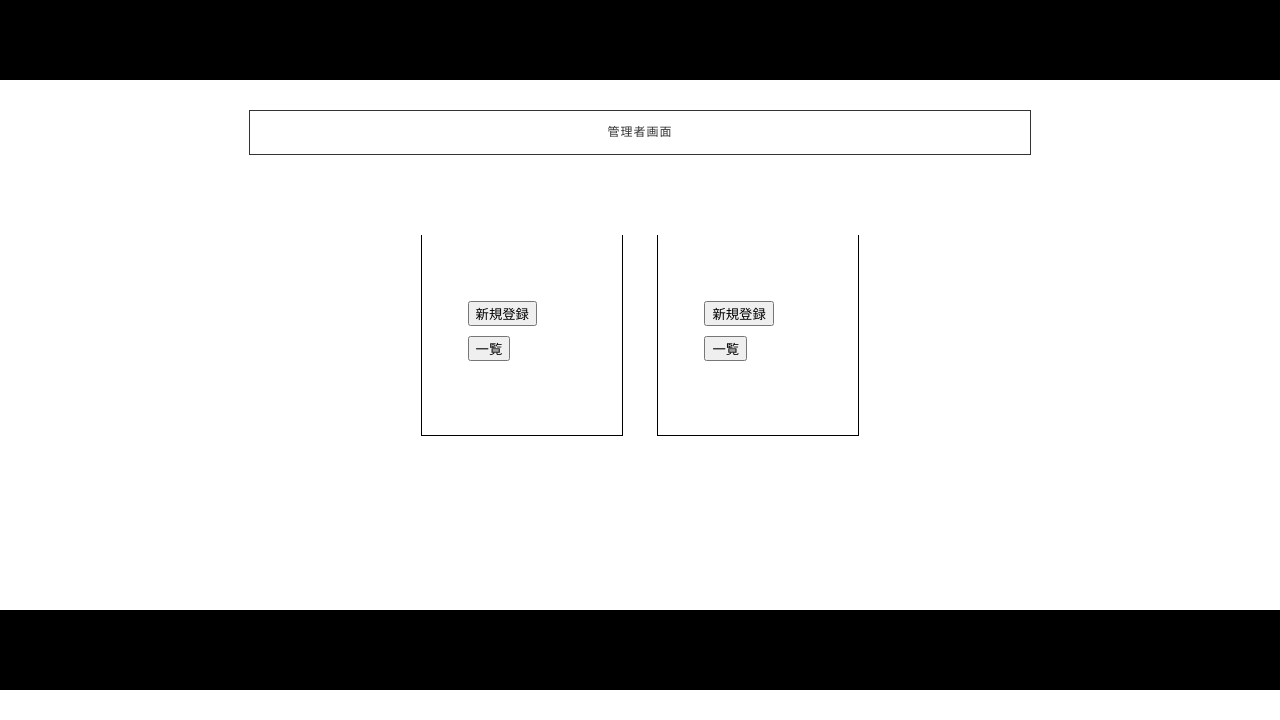
Repository: hiraide8/test
Page: http://localhost/ecsite/admin.jsp
These files come from the project's save history. The page is drawn as it stood at one moment and after the next save; the edit follows.
The browser window is 1280 px wide. The pictures show the whole page.
The page is served by Tomcat 9.

Above is the page before, as saved 2019-01-23 11:40:38.

After the next save:
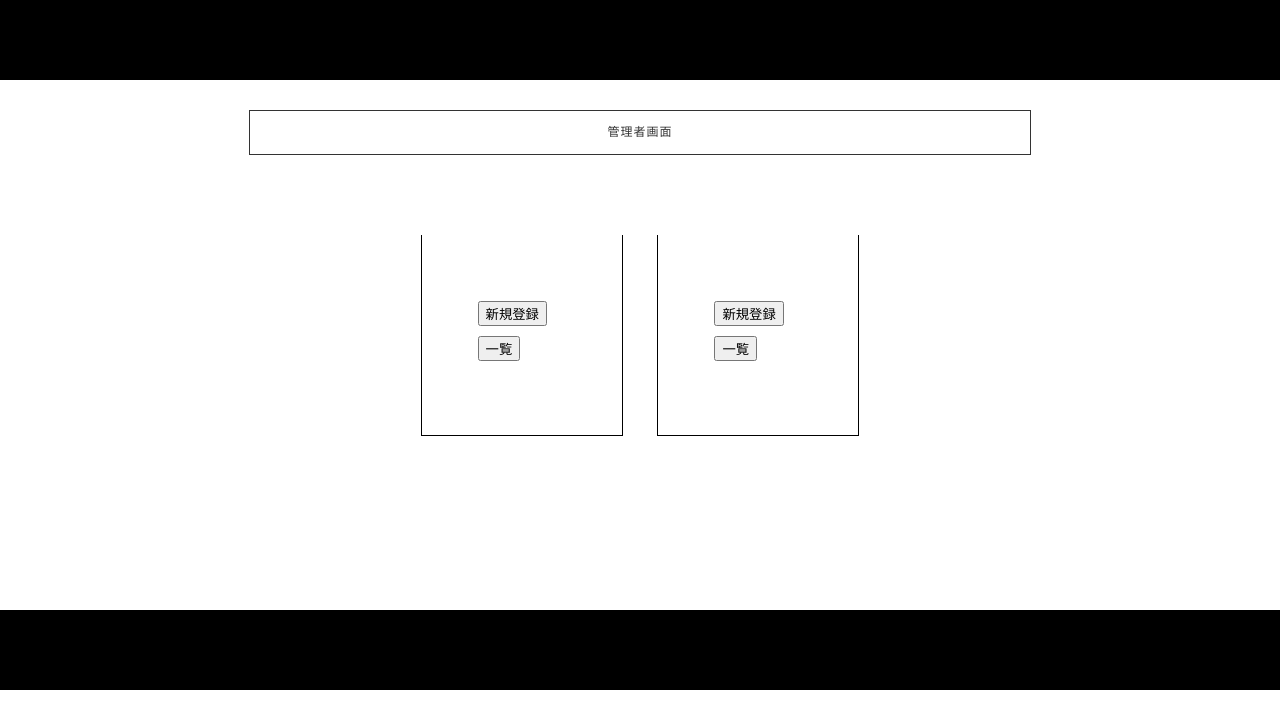
Saved 2 min 3 s later.
--- a/ecsite/WebContent/admin.jsp
+++ b/ecsite/WebContent/admin.jsp
@@ -26,7 +26,7 @@
                 table{
                   position:relative;
                   top:30px;
-                  left:20px;
+                  left:25px;
                 }
        /* ========ID LAYOUT======== */
                 #top{
